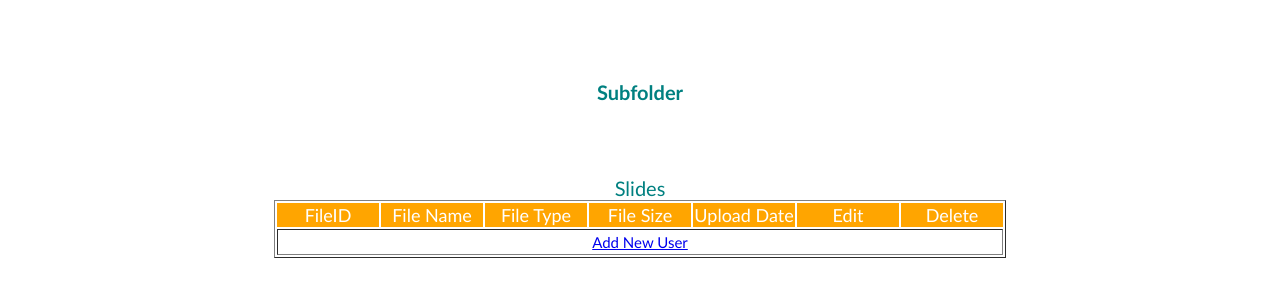
Repository: cs192-s2-2013/coffee
Page: http://localhost/BCOnlineClassroom/WEB-INF/jsp/subfolder.jsp
The author's editor kept a copy of each file at every save. The page is drawn from the files as they stood at one save, then again after the next save.
The browser window is 1280 px wide. The pictures show the whole page.
The page is served by Tomcat 9. Nobody is signed in. Other server files are loaded and not shown. The template is opened directly, without the code that normally fills it, so the values that code supplies are empty.

Above is the page before, as saved 2014-02-21 10:59:33.

### BCOnlineClassroom/WebContent/WEB-INF/jsp/subfolder.jsp
<%@ page language="java" contentType="text/html; charset=ISO-8859-1"
	pageEncoding="ISO-8859-1"%>
<!DOCTYPE html PUBLIC "-//W3C//DTD HTML 4.01 Transitional//EN" "http://www.w3.org/TR/html4/loose.dtd">
<%@ taglib uri="http://www.springframework.org/tags/form" prefix="form"%>
<%@ taglib uri="http://java.sun.com/jsp/jstl/core" prefix="c"%>
<html>
<head>
<title>Blue Coffee | Online Classroom</title>
<style>
body {
	font-size: 20px;
	color: teal;
	font-family: Calibri;
}

td {
	font-size: 15px;
	color: black;
	width: 100px;
	height: 22px;
	text-align: center;
}
.heading {
	font-size: 18px;
	color: white;
	font: bold;
	background-color: orange;
	border: thick;
}
</style>
</head>
<body>
	<center>
		<br /> <br /> <br /> <b>Subfolder </b><br /> <br />

			<br></br>Slides

			<table border="1">
			<tr>
				<td class="heading">FileID</td>
				<td class="heading">File Name</td>
				<td class="heading">File Type</td>
				<td class="heading">File Size</td>
				<td class="heading">Upload Date</td>
				<td class="heading">Edit</td>
				<td class="heading">Delete</td>
			</tr>
			<c:forEach var="matFile" items="${map.Slides}">
				<tr>
					<td>${matFile.matFileID}</td>
					<td>${matFile.fileName}</td>
					<td>${matFile.fileType}</td>
					<td>${matFile.fileSize}</td>
					<td>${matFile.uploadDate}</td>
					<td><a href="edit?id=${matFile.matFileID}">Edit</a></td>
					<td><a href="delete?id=${matFile.matFileID}">Delete</a></td>
				</tr>
			</c:forEach>
			<tr><td colspan="7"><a href="register">Add New User</a></td></tr>
		</table>


	</center>
</body>
</html>

After the next save:
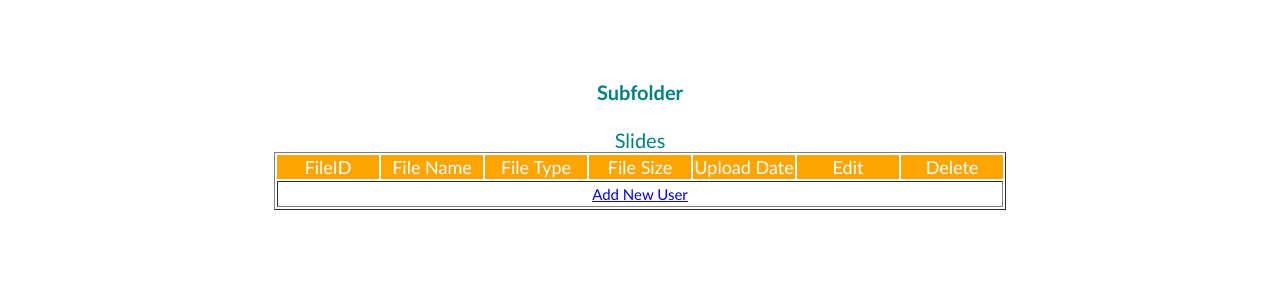
Saved 10 min 54 s later.
--- a/BCOnlineClassroom/WebContent/WEB-INF/jsp/subfolder.jsp
+++ b/BCOnlineClassroom/WebContent/WEB-INF/jsp/subfolder.jsp
@@ -33,7 +33,7 @@ td {
 	<center>
 		<br /> <br /> <br /> <b>Subfolder </b><br /> <br />
 
-			<br></br>Slides
+			Slides
 
 			<table border="1">
 			<tr>
